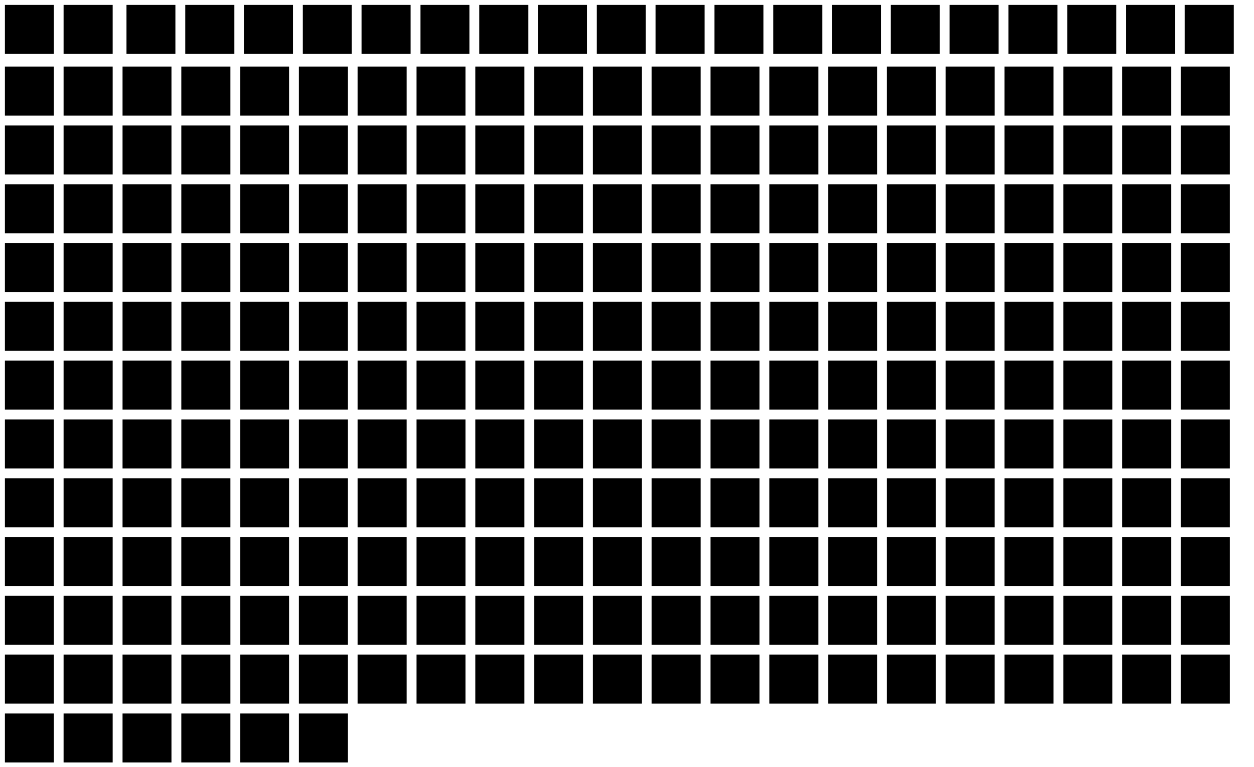
Repository: sokafootball/etch-a-sketc
Page: index.html
The author's editor kept a copy of each file at every save. The page is drawn from the files as they stood at one save, then again after the next save.
The browser window is 1280 px wide. The pictures show the whole page, at 98% of full size.

Above is the page before, as saved 2020-04-16 19:28:31.

### index.html
<html>
<head>
  <link rel="stylesheet" type="text/css" href="reset.css">
  <link rel="stylesheet" type="text/css" href="style.css">
</head>
<body>
<div id="grid-div">
  <div class="cell"></div><div class="cell"></div>
</div>
<script type="text/javascript" src="script.js"></script>
</body>
</html>

### style.css
.cell {
  height: 50px;
  display: inline-block;
  background-color: black;
  width: 50px;
  margin: 5px;
}

### script.js
const grid = document.querySelector(`#grid-div`)
for(let i = 1; i <= 16; i++){
  for(let j = 1; j <= 16; j++){
    const cell = document.createElement(`div`)
    cell.classList.add(`cell`)
    grid.appendChild( cell)
  }

}

Loaded but not shown: reset.css (common file)

After the next save:
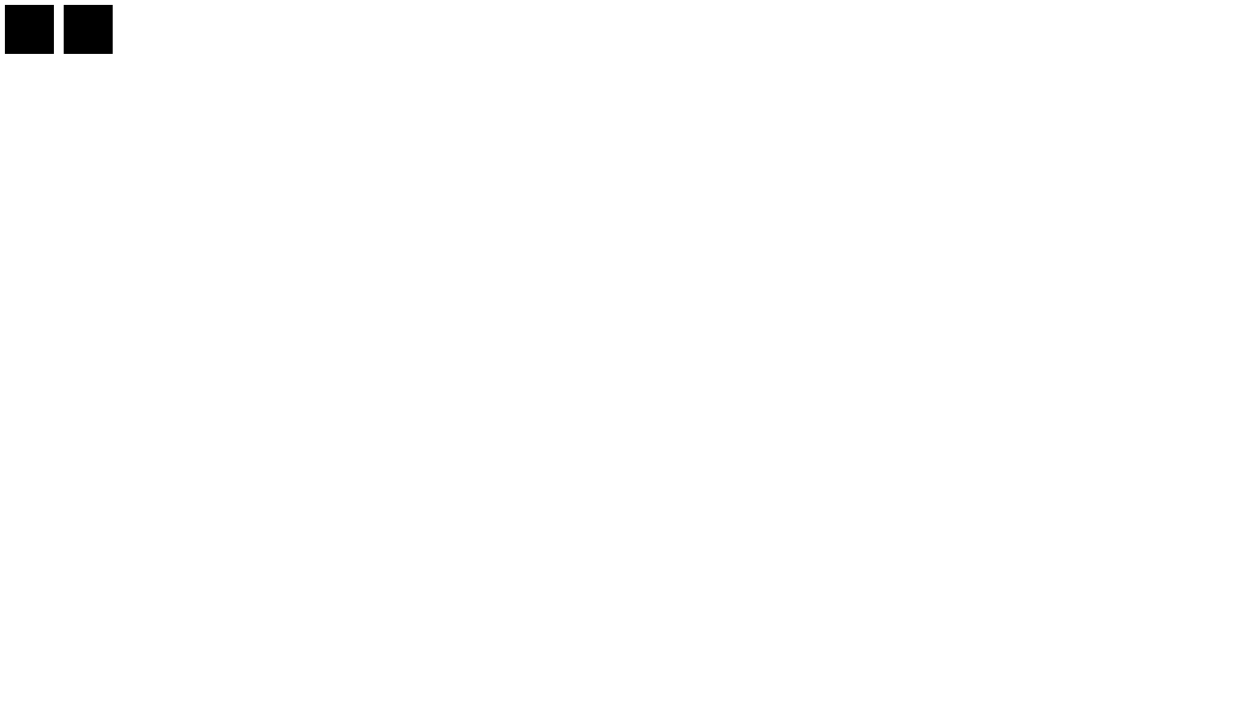
Console error: SyntaxError: Unexpected identifier '_'
Saved 33 s later.
--- a/script.js
+++ b/script.js
@@ -5,5 +5,5 @@
     cell.classList.add(`cell`)
     grid.appendChild( cell)
   }
-
+  const br = document.createElement(`br`)_
 }

After the save that followed:
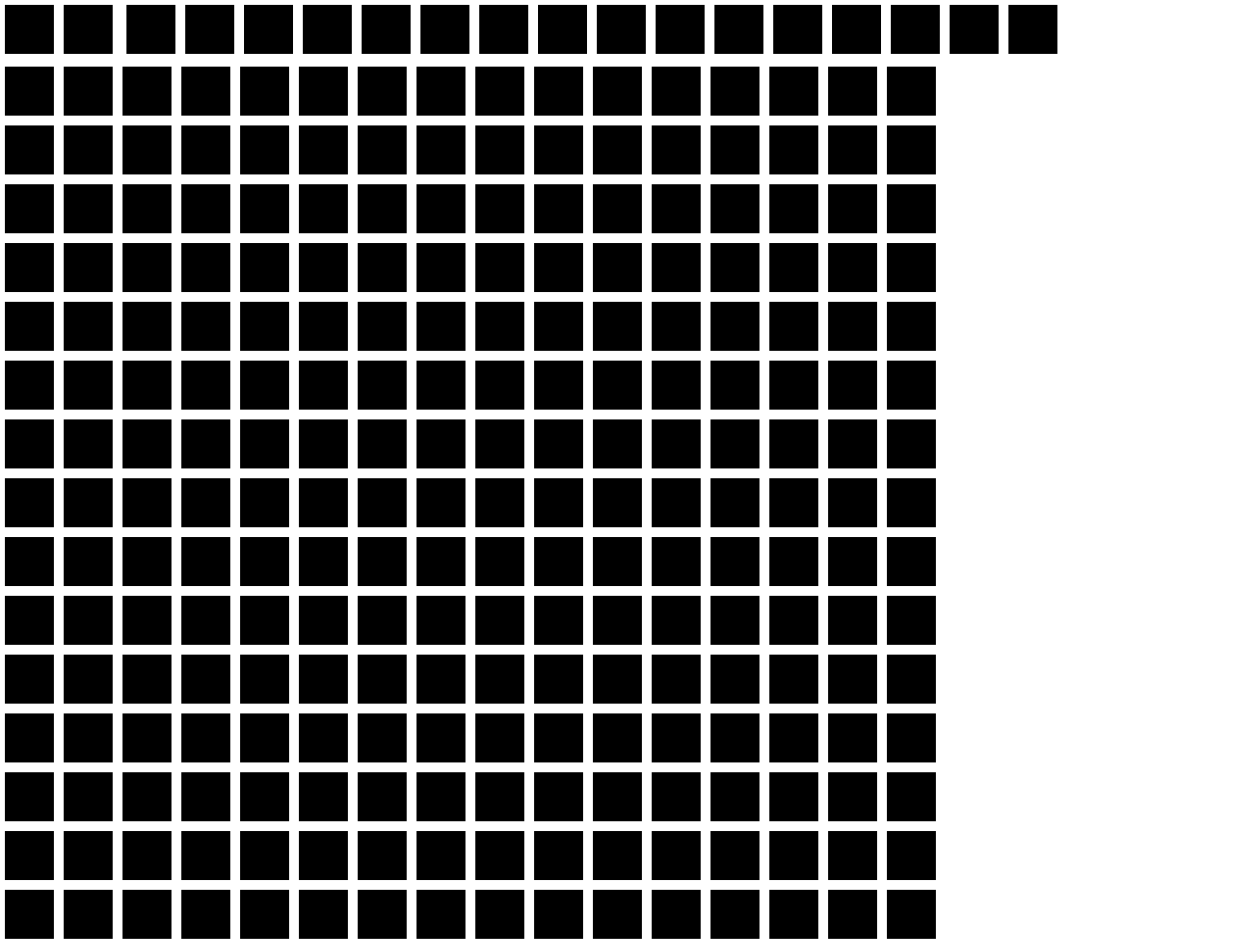
The error is gone.
Saved 18 s later.
--- a/script.js
+++ b/script.js
@@ -5,5 +5,7 @@
     cell.classList.add(`cell`)
     grid.appendChild( cell)
   }
-  const br = document.createElement(`br`)_
+  const br = document.createElement(`br`)
+  grid.appendChild(br)
+
 }
